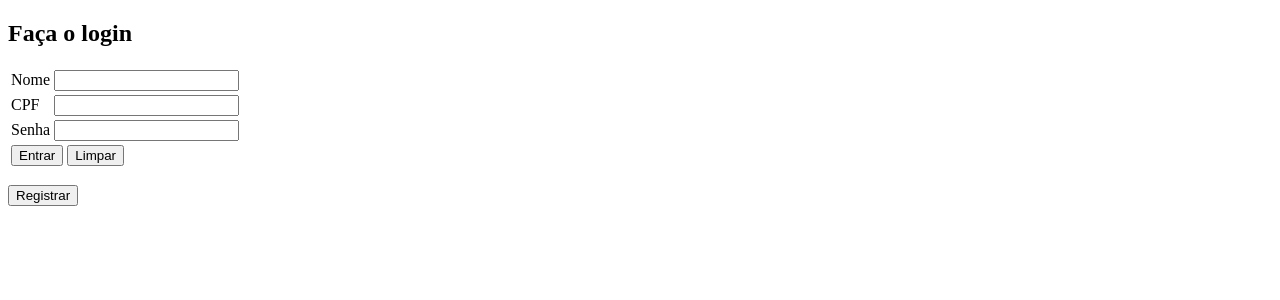
Repository: caioocesar/Comp3
Page: http://localhost/Comput3/login.jsp
The author's editor kept a copy of each file at every save. The page is drawn from the files as they stood at one save, then again after the next save.
The browser window is 1280 px wide. The pictures show the whole page.
The page is served by Tomcat 9. Other server files are loaded and not shown.

Above is the page before, as saved 2019-06-09 13:46:08.

### eclipse-workspace/Comput3/WebContent/login.jsp
<%@ page language="java" contentType="text/html; charset=ISO-8859-1"
pageEncoding="ISO-8859-1"%>
<!DOCTYPE html PUBLIC "-//W3C//DTD HTML 4.01 Transitional//EN"
"http://www.w3.org/TR/html4/loose.dtd">
<html>
<head>
<meta http-equiv="Content-Type" content="text/html; charset=ISO-8859-1">
<title>Login do sistema</title>
</head>
<body>

<form action="FinalizaRegistrar" method="POST">
    <h2>Faça o login</h2>
    <table border="0" cellpadding="1">
        <tr>
            <td><label>Nome</label></td>
            <td><input type="text" name="usuario" size="20" /> </td>
        </tr>
        <tr>
            <td><label>CPF</label></td>
            <td><input type="text" name="cpf" size="20" /> </td>
        </tr>
        <tr>
            <td><label>Senha</label></td>
            <td><input type="password" name="senha" size="20" /> </td>
        </tr>

        <tr>
            <td colspan="2">
                <input type="submit" value="Entrar"/>
                <input type="reset" value="Limpar"/>

            </td>
        </tr>
    </table>
    <p>${param.message}</p>
</form>

<form action="Registrar" method="POST">
 	<input type="submit" value="Registrar"/>
 </form>


</body>
</html>

After the next save:
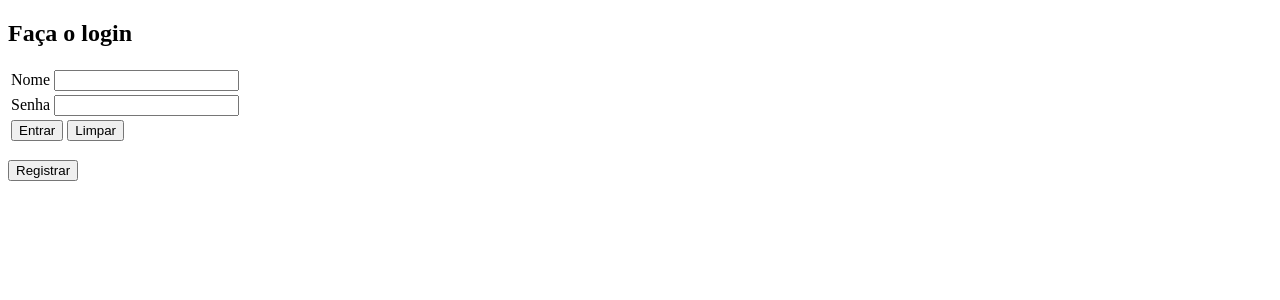
Saved 33 s later.
--- a/eclipse-workspace/Comput3/WebContent/login.jsp
+++ b/eclipse-workspace/Comput3/WebContent/login.jsp
@@ -9,16 +9,12 @@
 </head>
 <body>
 
-<form action="FinalizaRegistrar" method="POST">
+<form action="Login" method="POST">
     <h2>Faça o login</h2>
     <table border="0" cellpadding="1">
         <tr>
             <td><label>Nome</label></td>
             <td><input type="text" name="usuario" size="20" /> </td>
-        </tr>
-        <tr>
-            <td><label>CPF</label></td>
-            <td><input type="text" name="cpf" size="20" /> </td>
         </tr>
         <tr>
             <td><label>Senha</label></td>
